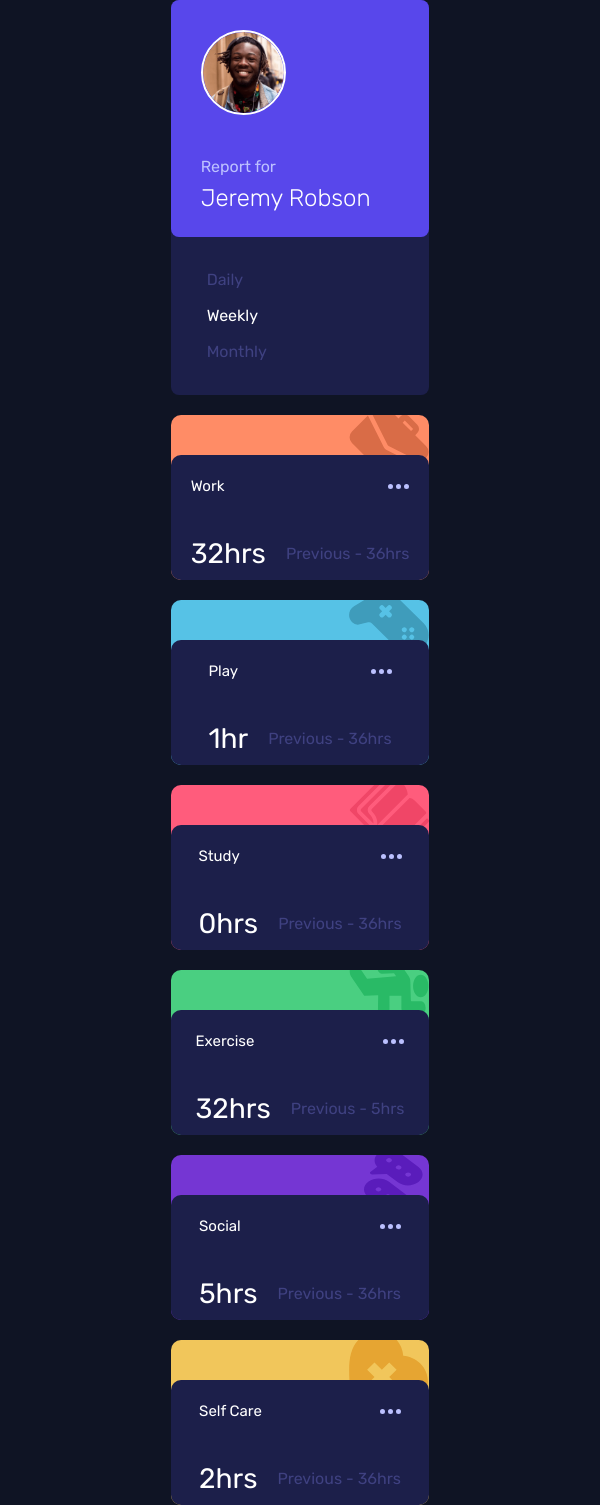
Repository: Akashiii1/WebTimeTracking_Day6
Page: index.html
An editor plug-in stored every save of this project. The page is shown before and after a run of saves, followed by the edit.
The browser window is 600 px wide. The pictures show the whole page.

Above is the page before, as saved 2021-12-27 00:45:12.

### index.html
<!DOCTYPE html>
<html lang="en">
  <head>
    <meta charset="UTF-8" />
    <meta name="viewport" content="width=device-width, initial-scale=1.0" />
    <!-- displays site properly based on user's device -->

    <link
      rel="icon"
      type="image/png"
      sizes="32x32"
      href="./images/favicon-32x32.png"
    />

    <title>Frontend Mentor | Time tracking dashboard</title>

    <!-- Feel free to remove these styles or customise in your own stylesheet 👍 -->
    <link rel="stylesheet" href="style.css" />
    <style>
      .attribution {
        font-size: 11px;
        text-align: center;
      }

      .attribution a {
        color: hsl(228, 45%, 44%);
      }
    </style>
  </head>

  <body>
    <div class="container">
      <div class="first">
        <div class="user">
          <div class="user-img">
            <img src="images/image-jeremy.png" alt="" />
          </div>
          <div class="user-content">
            <p class="user-info">Report for</p>
            <h2 class="user-name">Jeremy Robson</h2>
          </div>
        </div>
        <div class="options">
          <button class="user-btn">Daily</button>
          <button class="user-btn active">Weekly</button>
          <button class="user-btn">Monthly</button>

        </div>
      </div>
      <div class="work">
        <div class="content">
          <div class="heading">
            <h3 class="title">Work</h3>
            <img src="images/icon-ellipsis.svg" alt="">
          </div>
          <div class="wrapper">
            <h3 class="time">32hrs</h3>
          <div class="desc">Previous - 36hrs </div>
          </div>
        </div>
      </div>
      <div class="play">
        <div class="content">
          <div class="heading">
            <h3 class="title">Play</h3>
            <img src="images/icon-ellipsis.svg" alt="">
          </div>
          <div class="wrapper">
            <h3 class="time">1hr</h3>
          <div class="desc">Previous - 36hrs </div>
          </div>
        </div>
      </div>
      <div class="exercise">
        <div class="content">
          <div class="heading">
            <h3 class="title"> Exercise</h3>
            <img src="images/icon-ellipsis.svg" alt="">
          </div>
          <div class="wrapper">
            <h3 class="time">32hrs</h3>
          <div class="desc"> Previous - 5hrs </div>
          </div>
        </div>
      </div>
      <div class="social">
        <div class="content">
          <div class="heading">
            <h3 class="title">Social</h3>
            <img src="images/icon-ellipsis.svg" alt="">
          </div>
         <div class="wrapper">
          <h3 class="time">5hrs </h3>
          <div class="desc">Previous - 36hrs </div>
         </div>
        </div>
      </div>
      <div class="self">
        <div class="content">
          <div class="heading">
            <h3 class="title">Self Care</h3>
            <img src="images/icon-ellipsis.svg" alt="">
          </div>
        <div class="wrapper">
          <h3 class="time"> 2hrs</h3>
          <div class="desc">Previous - 36hrs </div>
        </div>
        </div>
      </div>
      <div class="study">
        <div class="content">
          <div class="heading">
            <h3 class="title">Study</h3>
            <img src="images/icon-ellipsis.svg" alt="">
          </div>
         <div class="wrapper">
          <h3 class="time">0hrs</h3>
          <div class="desc">Previous - 36hrs </div>
         </div>
        </div>
      </div>


    </div>

    <!-- <div class="attribution">
      Challenge by
      <a href="https://www.frontendmentor.io?ref=challenge" target="_blank"
        >Frontend Mentor</a
      >. Coded by <a href="#">Your Name Here</a>.
    </div> -->
    <script src="app.js"></script>
  </body>
</html>

### style.css
@import url('https://fonts.googleapis.com/css2?family=Rubik:wght@300;400;500&display=swap');
:root{
  --Blue: hsl(246, 80%, 60%);

 --Lightreda: hsl(15, 100%, 70%);/*(work)*/
 --Softblue : hsl(195, 74%, 62%);/*(play)*/
 --Lightred : hsl(348, 100%, 68%);/*(study)*/
 --Limegreen : hsl(145, 58%, 55%);/*(exercise)*/
 --Violet: hsl(264, 64%, 52%);/*(social)*/
 --Softorange : hsl(43, 84%, 65%);/*(self care)*/

  --Verydarkblue: hsl(226, 43%, 10%);
  --Darkblue: hsl(235, 46%, 20%);
  --Desaturatedblue: hsl(235, 45%, 61%);
  --PaleBlue: hsl(236, 100%, 87%);
}
*,
*::before,
*::after {
  box-sizing: border-box;
}
body,
h1,
h2,
h3,
h4,
h5,
h6,
p,
figure,
picture {
  margin: 0;
}
body {
  min-height: 100vh;
  line-height: 1.5;
}
input,
button,
select,
textarea {
  font: inherit;
}
img,
picture {
  display: block;
  max-width: 100%;
}
body{
  font-family: 'Rubik', sans-serif;
  background: var(--Verydarkblue);
  min-height: 100vh;
  display: flex;
  justify-content: center;
  align-items: center;
}
.container{
  max-width: 1120px;
  display: grid;
  min-height: 500px;
  grid-template-columns: repeat(4,1fr);
  /* grid-template-rows: repeat(2,1fr); */
  grid-gap:30px ;
  grid-template-areas: "user work play study"
                        "user exe social self";
}
.work{
  grid-area: work;
}
.play{
  grid-area: play;
}
.study{
  grid-area: study;
}
.exercise{
  grid-area: exe;
}
.social{
  grid-area: social;
}
.self{
  grid-area: self;
}
.first{
  background-color: var(--Darkblue);
  border-radius: 8px;
  display: flex;
  flex-direction: column;
  grid-area: user;
}
.user{
  background: var(--Blue);
  border-radius: 8px;
  padding: 30px;
  flex: 1;
}
.user-img{
  width: 85px;
  height: 85px;
  margin-bottom: 40px;
}
.user-img img{
  border-radius: 50%;
  border: 2px solid #fff;
  object-fit: cover;
}
.user-content{

}
.user-info{
  color: var(--PaleBlue);
  margin-bottom: 10px;
}
.user-name{
  color: #fff;
  font-weight: 300;
  line-height: 18px;
}
button{
  cursor: pointer;
}
.options{
  display: flex;
  flex-direction: column;
  justify-content: space-around;
  gap: 10px 0;
  align-items: flex-start;
  padding: 30px;
}
.user-btn{
  border: 0;
  outline: none;
  background-color: transparent;
  color:hsl(238.18,34.37%,37.65%);
}
.user-btn.active{
  color: #fff;
}
.work{
  background: url(images/icon-work.svg) no-repeat top -10px right/ 80px 80px ,var(--Lightreda);

}
.play{
  background: url(images/icon-play.svg) no-repeat top -10px right/ 80px 80px ,var(--Softblue);

}
.study,.work,.play,.exercise,.social,.self{
  padding-top: 40px;
  border-radius: 10px;
  overflow: hidden;
}
.content{
  background-color: var(--Darkblue);
  color: #fff;
  padding: 20px;
  border-radius: 10px;

}
.study{
  background: url(images/icon-study.svg) no-repeat top -10px right/ 80px 80px ,var(--Lightred);
}
.exercise{
  background: url(images/icon-exercise.svg) no-repeat top -10px right/ 80px 80px ,var(--Limegreen);
}
.social{
  background: url(images/icon-social.svg) no-repeat top -10px right/ 80px 80px ,var(--Violet);
}
.self{
  background: url(images/icon-self-care.svg) no-repeat top -10px right/ 80px 80px ,var(--Softorange);
}
.heading{
  display: flex;
  justify-content: space-between;
  align-items: center;
}
.heading h3{
  font-size: 15px;
  font-weight: 400;
}
.time{
  padding: 35px 0;
  font-size: 40px;
  font-weight: 400;
}
.desc{
  color: hsl(238.18,34.37%,37.65%);;
}
@media (max-width:750px){
  .container{
    grid-template-columns:1fr;

    /* grid-template-rows: repeat(2,1fr); */
    grid-gap:20px 0 ;
    grid-template-areas: "user"
                          "work"
                          "play"
                           "study"
                          "exe"
                           "social"
                            "self";
  }
  .study,.work,.play,.exercise,.social,.self{
    height: 165px;
  }
  .heading{
    flex: 1;
  }
  .content{
    display: flex;
    flex-wrap: wrap;

    align-content: center;
    flex-direction: column;
  }
  .wrapper{
    display: flex;
    justify-content: center;
    align-items: center;
    gap: 0 20px;
  }
  .time{
    font-size: 28px;
  }
  .first{
    /* height: 165px; */
  }
}
/* remove animation for people who've turned them off */
@media (prefers-reduced-motion: reduce) {
  *,
  *::before,
  *::after {
    animation-duration: 0.01ms !important;
    animation-iteration-count: 1 !important;
    transition-duration: 0.01ms !important;
    scroll-behavior: auto !important;
  }
}

Loaded but not shown: app.js (no stored copy; drawn as an empty file)

After the next 2 saves:
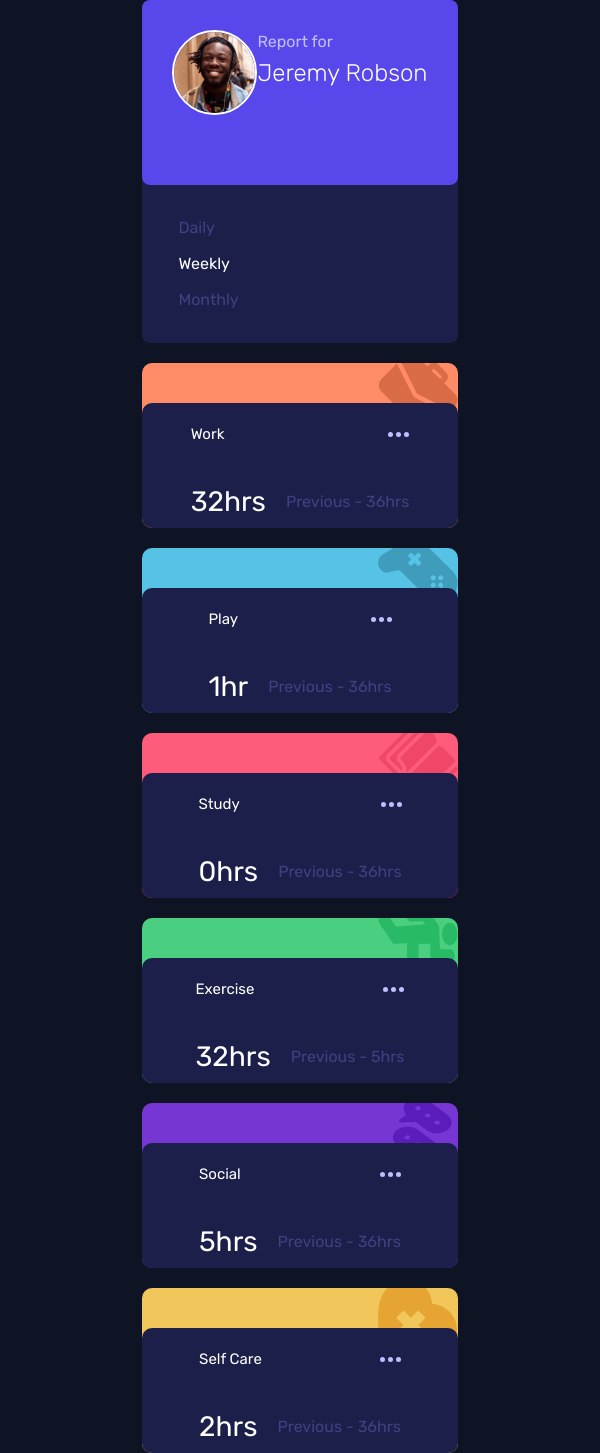
The 2 saves are shown as one change because they came seconds apart.
The last was saved 25 s later.
--- a/style.css
+++ b/style.css
@@ -225,6 +225,10 @@ button{
   .first{
     /* height: 165px; */
   }
+  .user{
+    display: flex;
+    justify-content: center;
+  }
 }
 /* remove animation for people who've turned them off */
 @media (prefers-reduced-motion: reduce) {
